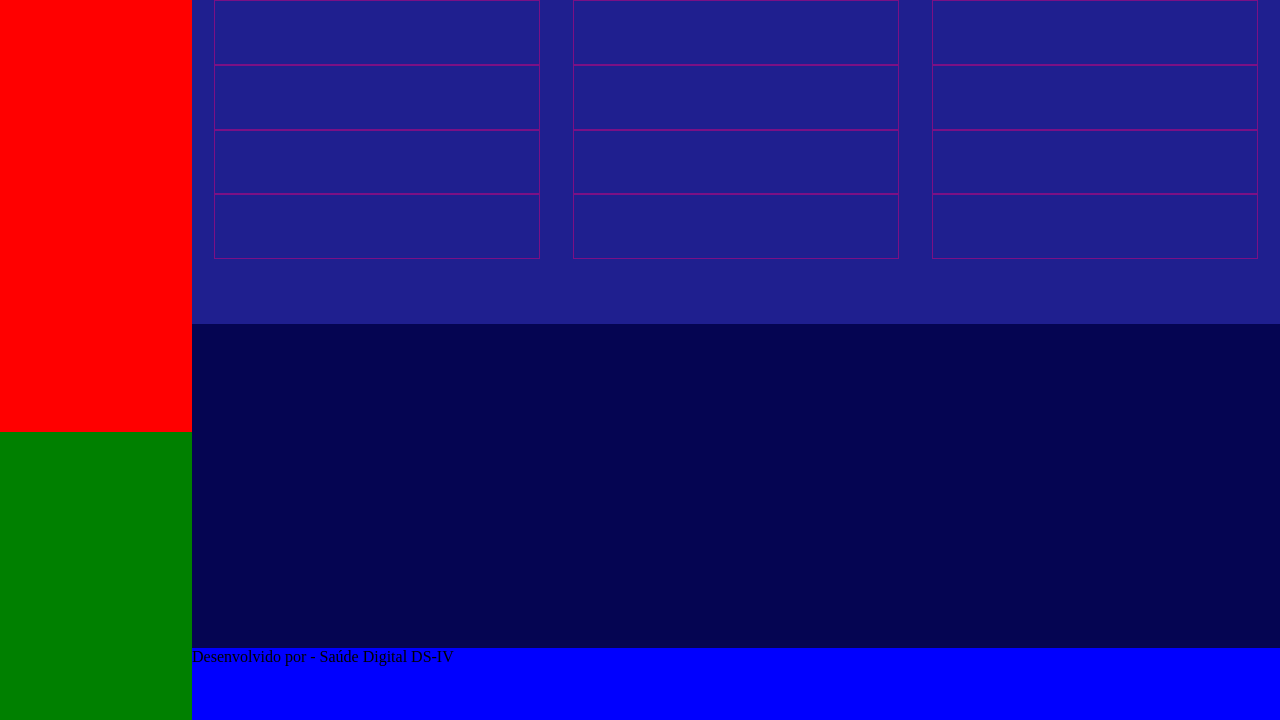
Repository: br-on/ddaf-chamados
Page: index.html
These files come from the project's save history. The page is drawn as it stood at one moment and after the next save; the edit follows.
The browser window is 1280 px wide. The pictures show the whole page.

Above is the page before, as saved 2025-01-19 20:35:13.

### index.html
<!DOCTYPE html>
<html lang="pt-br">
<head>
    <meta charset="UTF-8">
    <meta name="viewport" content="width=device-width, initial-scale=1.0">
    <link rel="stylesheet" href="style.css">
    <title>Radar de Chamados</title>
</head>
<body>
    <header>
        <section class="filtros"></section>
        <section class="percentual"></section>
    </header>
    <main>
        <section class="tipos-demandas">
            <div class="demanda-tipo"></div>
            <div class="demanda-tipo"></div>
            <div class="demanda-tipo"></div>
            <div class="demanda-tipo"></div>
            <div class="demanda-tipo"></div>
            <div class="demanda-tipo"></div>
            <div class="demanda-tipo"></div>
            <div class="demanda-tipo"></div>
            <div class="demanda-tipo"></div>
            <div class="demanda-tipo"></div>
            <div class="demanda-tipo"></div>
            <div class="demanda-tipo"></div>
        </section>
        <section class="andamento-demandas"></section>
        <footer> Desenvolvido por - Saúde Digital DS-IV</footer>
    </main>
</body>
</html>

### style.css
* {
    margin: 0;
    padding: 0;
}
body {
    background-color: black;
    display: flex;
    height: 100vh;
}
header {
    width: 15%;
    background-color: aqua;
}
.filtros {
    height: 60%;
    background-color: red;
}
.percentual {
    height: 40%;
    background-color: green;
}
main {
    width: 85%;
    background-color: aquamarine;
}
.tipos-demandas {
    height: 45%;
    background-color: rgb(31, 31, 143);
    display: grid;
    justify-content: center;
    grid-template-columns: 30% 30% 30%;
    grid-template-rows: 20% 20% 20% 20%;
    column-gap: 3%;
}
.andamento-demandas {
    height: 45%;
    background-color: rgb(5, 5, 82);
}
footer {
    height:10%;
    background-color: blue;
}

.demanda-tipo {
    border: solid rgb(123, 16, 133) 1px;
}

After the next save:
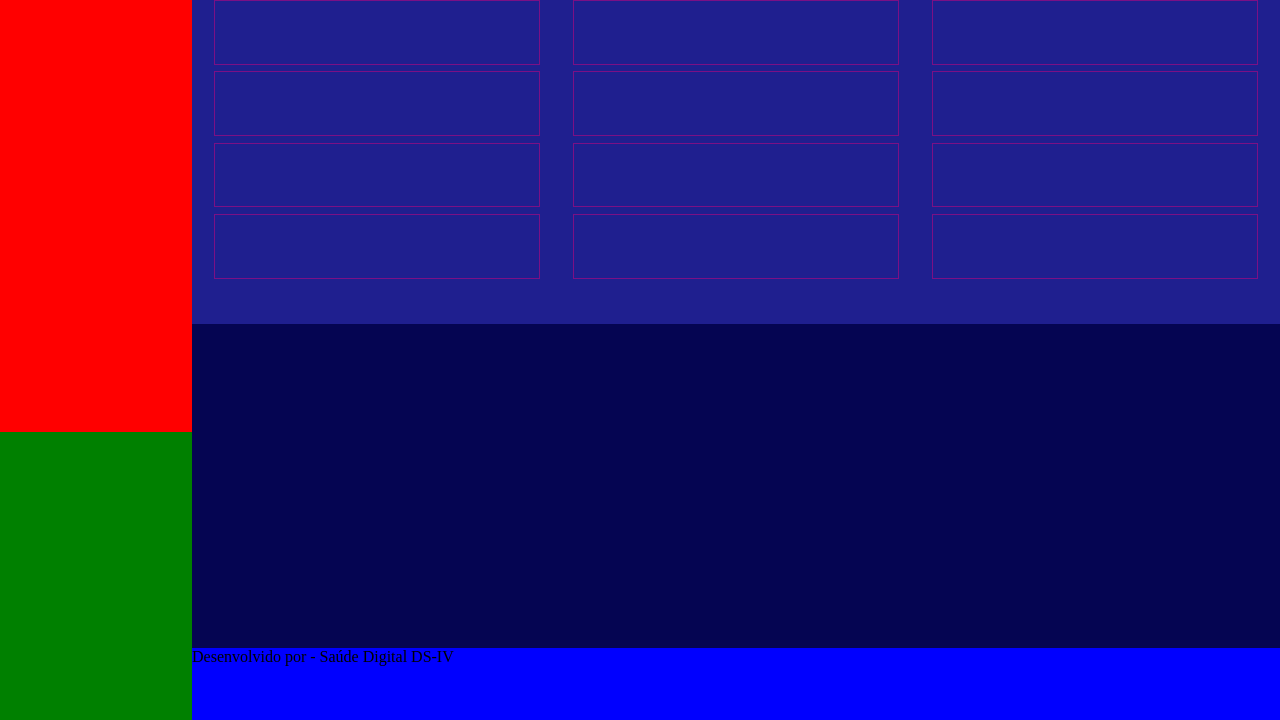
Saved 30 s later.
--- a/style.css
+++ b/style.css
@@ -30,6 +30,7 @@ main {
     justify-content: center;
     grid-template-columns: 30% 30% 30%;
     grid-template-rows: 20% 20% 20% 20%;
+    row-gap: 2%;
     column-gap: 3%;
 }
 .andamento-demandas {
